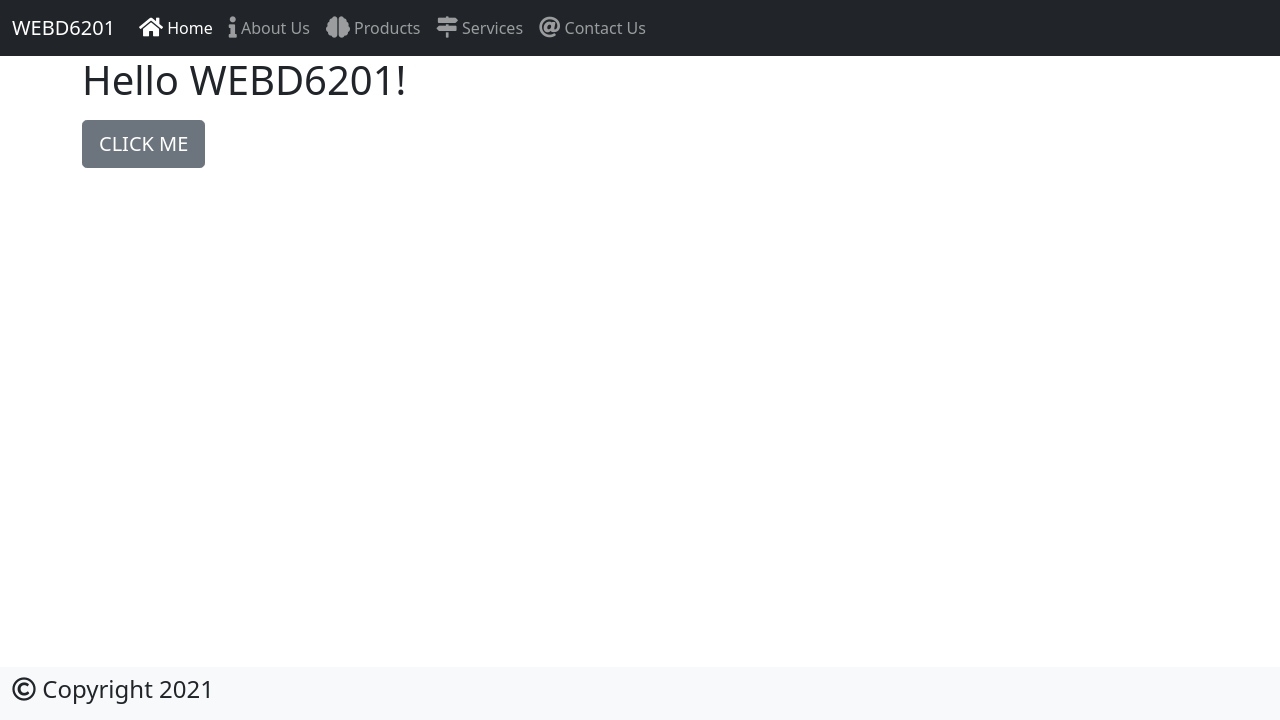
Repository: GarlicButterBoy/WEBD6201-Week1
Page: index.html
The author's editor kept a copy of each file at every save. The page is drawn from the files as they stood at one save, then again after the next save.
The browser window is 1280 px wide. The pictures show the whole page.

Above is the page before, as saved 2021-01-20 09:39:47.

### index.html
<!DOCTYPE html>
<html lang="en">
<head>
    <meta charset="UTF-8">
    <meta name="viewport" content="width=device-width, initial-scale=1.0">
    <title>Document</title>

    <!-- CSS Section -->
    <link rel="stylesheet" href="./node_modules/bootstrap/dist/css/bootstrap.min.css">
    <link rel="stylesheet" href="./node_modules/@fortawesome/fontawesome-free/css/all.min.css">
    <link rel="stylesheet" href="./Content/app.css">

</head>
<body>
       <!-- Main Nav -->

       <header>
        <nav class="navbar navbar-expand-lg navbar-dark bg-dark">
            <div class="container-fluid">
              <a class="navbar-brand" href="#">WEBD6201</a>
              <button class="navbar-toggler" type="button" data-bs-toggle="collapse" data-bs-target="#navbarSupportedContent" aria-controls="navbarSupportedContent" aria-expanded="false" aria-label="Toggle navigation">
                <span class="navbar-toggler-icon"></span>
              </button>
              <div class="collapse navbar-collapse" id="navbarSupportedContent">
                <ul class="navbar-nav ml-auto mb-2 mb-lg-0">

                  <li class="nav-item">
                    <a class="nav-link active" aria-current="page" href="#">
                        <i class="fas fa-home fa-lg"></i> Home</a>
                  </li>

                  <li class="nav-item">
                    <a class="nav-link" aria-current="page" href="#">
                        <i class="fas fa-info fa-lg"></i> About Us</a>
                  </li>

                  <li class="nav-item">
                    <a class="nav-link" aria-current="page" href="#">
                        <i class="fas fa-brain fa-lg"></i> Products</a>
                  </li>

                  <li class="nav-item">
                    <a class="nav-link" aria-current="page" href="#">
                        <i class="fas fa-map-signs fa-lg"></i> Services</a>
                  </li>

                  <li class="nav-item">
                    <a class="nav-link" aria-current="page" href="#">
                        <i class="fas fa-at fa-lg"></i> Contact Us</a>
                  </li>

                </ul>
              </div>
            </div>
          </nav>
    </header>

    <main class="container">
        <h1>Hello WEBD6201!</h1>
        <p id="paragraphOne" ></p>
        <button class="btn btn-secondary btn-lg" id="clickMeButton">CLICK ME</button>
    </main>

    <footer>
        <nav class="navbar fixed-bottom navbar-light bg-light">
            <div class="container-fluid">
              <h4><i class="far fa-copyright" ></i> Copyright 2021</h4>
            </div>
        </nav>
    </footer>

    <!-- JavaScript Section -->
    <script src="./node_modules/jquery/dist/jquery.min.js"></script>
    <script src="./node_modules/bootstrap/dist/js/bootstrap.bundle.min.js"></script>
    <script src="./Scripts/app.js"></script>

</body>
</html>

### Content/app.css
/*
 * Custom CSS goes here!
 */

### Scripts/app.js
/*
 * Custom Scripts go here!
 */

//IIFE - Immediately Invoked Function Expression
//AKA - Anonymous Self-Executing Function
//Closure - Limits Scope Leak

"use strict";

(function()
{
    //Initialization Function
    function Start()
    {

       console.log("App Started...");

       let paragraphOneText = "This is a simple site to demonstrate DOM Manipulation for ICE 01.";

       let paragraphOneElement = document.getElementById("paragraphOne");



       for (let index = 0; index < 5; index++)
       {

        console.log(index);

        let clickMeButton = document.getElementById("clickMeButton");



        clickMeButton.addEventListener("click", ()=>
        {
            console.log("Click me button was depressed :(");
        });
       }
    }
    //Event Listener
    window.addEventListener("load", Start);

})();

Loaded but not shown: node_modules/bootstrap/dist/css/bootstrap.min.css (library); node_modules/@fortawesome/fontawesome-free/css/all.min.css (library); node_modules/jquery/dist/jquery.min.js (library); node_modules/bootstrap/dist/js/bootstrap.bundle.min.js (library)

After the next save:
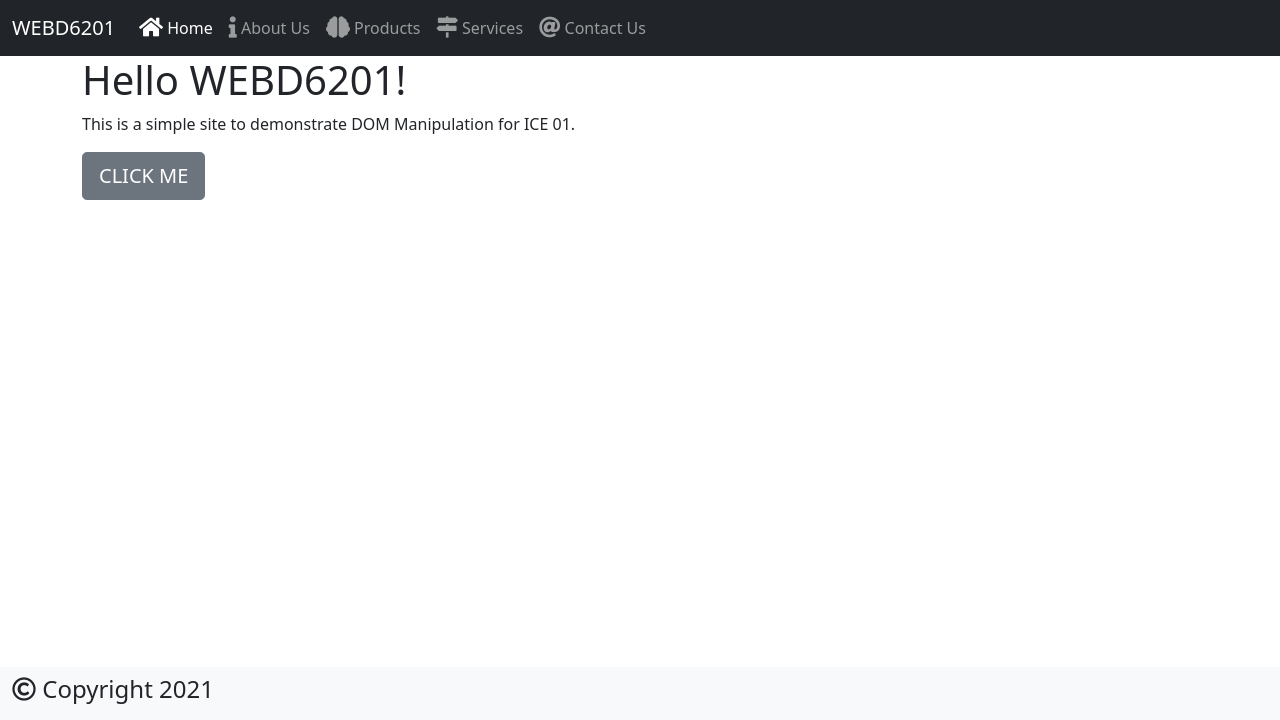
Saved 8 s later.
--- a/Scripts/app.js
+++ b/Scripts/app.js
@@ -20,7 +20,7 @@
 
        let paragraphOneElement = document.getElementById("paragraphOne");
 
-
+       paragraphOneElement.textContent = paragraphOneText;
 
        for (let index = 0; index < 5; index++)
        {
